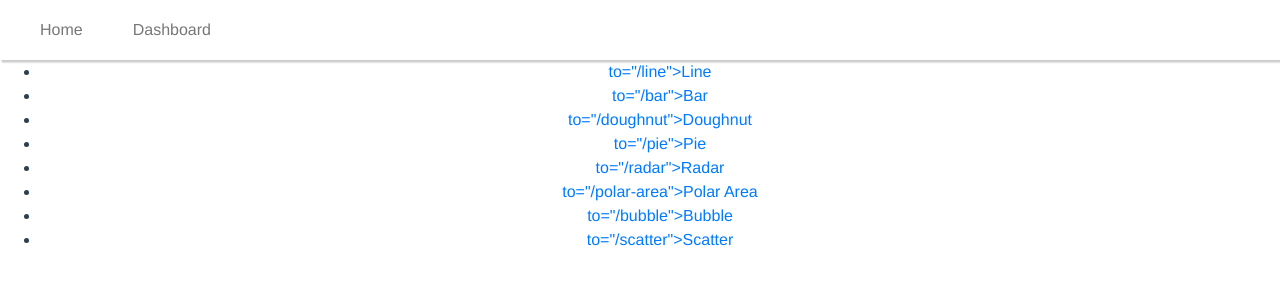
Repository: nashthecoder/vue_learn
Page: /dashboard (app in client/)
These files come from the project's save history. The page is drawn as it stood at one moment and after the next save; the edit follows.
The browser window is 1280 px wide. The pictures show the whole page.
The project was rebuilt for these pictures with package versions that can differ from the ones it lists, and the page was loaded fresh each time. Imported but missing from the stored project, and not drawn on this page: client/src/views/Home.vue.

Above is the page before, as saved 2020-12-24 23:42:51.

### client/public/index.html
<!DOCTYPE html>
<html lang="en">
  <head>
    <meta charset="utf-8">
    <meta http-equiv="X-UA-Compatible" content="IE=edge">
    <meta name="viewport" content="width=device-width,initial-scale=1.0">
    <link rel="icon" href="<%= BASE_URL %>favicon.ico">
    <title>Visualizations</title>
  </head>
  <body>
    <noscript>
      <strong>We're sorry but client doesn't work properly without JavaScript enabled. Please enable it to continue.</strong>
    </noscript>
    <div id="app"></div>
    <!-- built files will be auto injected -->
  </body>
</html>

### client/src/main.js
import Vue from "vue";
import App from "./App.vue";
import "bootstrap/dist/css/bootstrap.css";
import router from "./router";

Vue.config.productionTip = false;

new Vue({
  router,
  render: h => h(App)
}).$mount("#app");

### client/src/App.vue
<template>
  <div id="app">
    <ResponsiveNav
      :nav-links="navLinks"
      background="#fff"
      link-color="#777"
      hoverBackground="#ddd"
    />
    <router-view />
  </div>
</template>
<script>
import ResponsiveNav from "@/components/ResponsiveNav";

export default {
  components: {
    ResponsiveNav
  },
  data: () => ({
    navLinks: [
      {
        text: "Home",
        path: "/"
      },
      {
        text: "Dashboard",
        path: "/dashboard"
      }
    ]
  })
};
</script>
<style>
body {
  margin: 0;
}
#app {
  font-family: "Avenir", Helvetica, Arial, sans-serif;
  -webkit-font-smoothing: antialiased;
  -moz-osx-font-smoothing: grayscale;
  text-align: center;
  color: #2c3e50;
}
#nav {
  padding: 30px;
}

#nav a {
  font-weight: bold;
  color: #2c3e50;
}

#nav a.router-link-exact-active {
  color: #42b983;
}
</style>

### client/src/router.js
import Vue from "vue";
import VueRouter from "vue-router";
import Home from "./views/Home.vue";

Vue.use(VueRouter);

const routes = [
  {
    path: "/",
    name: "Home",
    component: Home
  },
  {
    path: "/dashboard",
    name: "Dashboard",
    component: () => import("./views/Dashboard.vue")
  },
  {
    path: "/line",
    name: "Line",
    component: () => import("./views/Line.vue")
  },
  {
    path: "/bar",
    name: "Bar",
    component: () => import("./views/Bar.vue")
  },
  {
    path: "/doughnut",
    name: "Doughnut",
    component: () => import("./views/Doughnut.vue")
  },
  {
    path: "/pie",
    name: "Pie",
    component: () => import("./views/Pie.vue")
  },
  {
    path: "/radar",
    name: "Radar",
    component: () => import("./views/Radar.vue")
  },
  {
    path: "/polar-area",
    name: "PolarArea",
    component: () => import("./views/PolarArea.vue")
  },
  {
    path: "/bubble",
    name: "Bubble",
    component: () => import("./views/Bubble.vue")
  },
  {
    path: "/scatter",
    name: "Scatter",
    component: () => import("./views/Scatter.vue")
  }
];
const router = new VueRouter({
  mode: "history",
  base: process.env.BASE_URL,
  routes
});

export default router;

### client/src/components/ResponsiveNav.vue
<template>
  <nav :style="{ background: background || '#333' }">
    <ul :style="{ background: background || '#333' }"ref="nav">
      <figure class="image-logo" @click="toggleNav"></figure>
      <li
        v-for="(link, index) in navLinks" :key="index"
        @mouseenter="$event.currentTarget.style.background = hoverBackground || '#999'"
        @mouseleave="$event.currentTarget.style.background = background || '#333'"
      >
        <router-link :to="link.path" :style="{ color: linkColor || '#ddd' }">
          {{ link.text }}
          <i :class="link.icon" />
        </router-link>
      </li>
    </ul>
  </nav>
</template>
<script>
export default {
  props: [
    "navLinks",
    "background",
    "linkColor",
    "hoverBackground",
    "imagePath"
  ],
  methods: {
    toggleNav() {
      const nav = this.$refs.nav.classList
      nav.contains("active") ? nav.remove("active") : nav.add("active")
    }
  }
};
</script>

<style scoped lang="scss">
nav {
  height: 60px;
  width: 100%;
  box-shadow: 2px 2px 2px #ccc;
  ul {
    display: flex;
    height: 100%;
    align-items: center;
    margin-block-start: 0;
    margin-block-end: 0;
    padding-inline-start: 0;
    box-shadow: 2px 2px 2px #ccc;
    figure {
      cursor: pointer;
      margin-right: 10px;
    }
    a {
      text-decoration: none;
      display: flex;
      flex-direction: row-reverse;
      align-items: center;
    }
    i {
      margin-right: 10px;
      font-size: 22px;
    }
    li {
      list-style-type: none;
      padding: 10px 20px;
    }
  }
}
@media screen and (max-width: 759px) {
  nav {
    ul {
      position: absolute;
      width: 300px;
      flex-direction: column;
      left: -240px;
      transition: 300ms ease all;
      top: 60px;
      &.active {
        left: 0px;
      }
      figure {
        position: fixed;
        z-index: 1;
        top: 10px;
        left: 2px;
      }
      li {
        width: 100%;
        padding-left: 0;
        padding-right: 0;
      }
      a {
        flex-direction: row;
        margin-left: 20px;
        justify-content: space-between;
        margin-right: 13px;
      }
    }
  }
}
</style>

### client/src/views/Dashboard.vue
<template>
  <div id="sidebar">
    <ul>
      <li><a href="@components/DoughnutChart">to="/line">Line</a></li>
      <li><a href="#">to="/bar">Bar</a></li>
      <li><a href="#">to="/doughnut">Doughnut</a></li>
      <li><a href="#">to="/pie">Pie</a></li>
      <li><a href="#">to="/radar">Radar</a></li>
      <li><a href="#">to="/polar-area">Polar Area</a></li>
      <li><a href="#">to="/bubble">Bubble</a></li>
      <li><a href="#">to="/scatter">Scatter</a></li>
    </ul>
  </div>
</template>

<script>
export default {
  components: {},
  data() {
    return {};
  }
};
</script>

<style scoped></style>

After the next save:
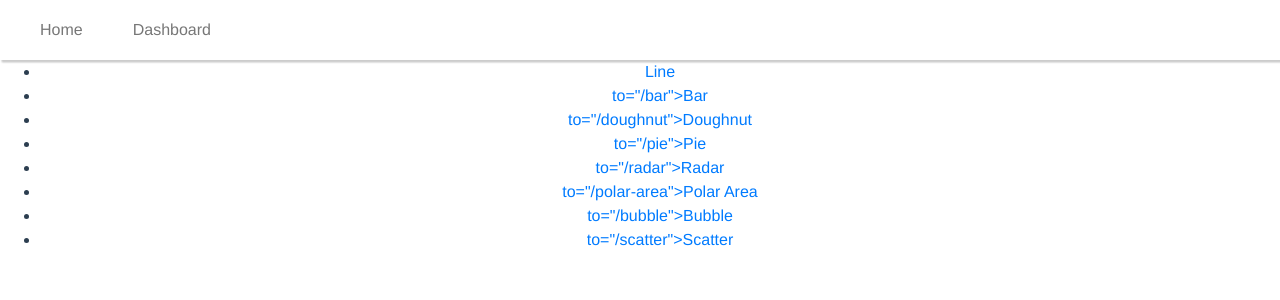
Saved 52 s later.
--- a/client/src/views/Dashboard.vue
+++ b/client/src/views/Dashboard.vue
@@ -1,7 +1,7 @@
 <template>
   <div id="sidebar">
     <ul>
-      <li><a href="@components/DoughnutChart">to="/line">Line</a></li>
+      <li><a href="/line">Line</a></li>
       <li><a href="#">to="/bar">Bar</a></li>
       <li><a href="#">to="/doughnut">Doughnut</a></li>
       <li><a href="#">to="/pie">Pie</a></li>
